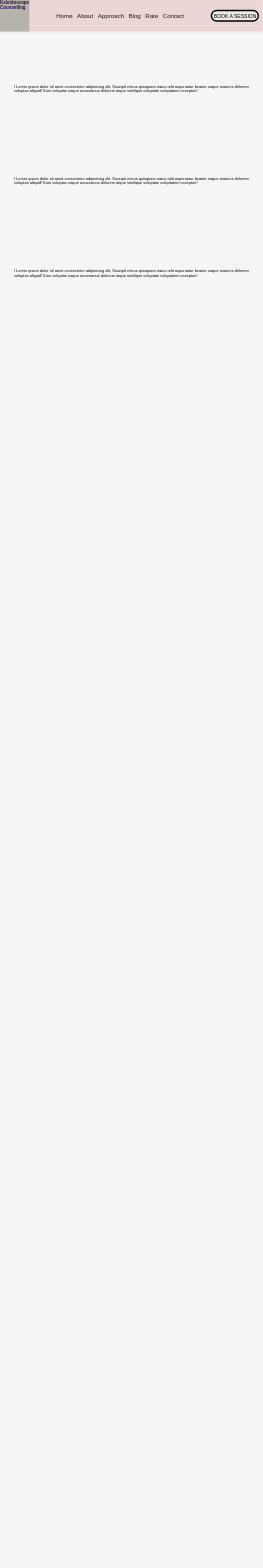
Repository: voutadi/ava-website
Page: index.html
An editor plug-in stored every save of this project. The page is shown before and after the next save, followed by the edit.
The browser window is 375 px wide. The pictures show the part of the page from y = 0 to 2240 px (the page is 3120 px tall), at 70% of full size.

Above is the page before, as saved 2024-07-03 18:13:26.

After the next save:
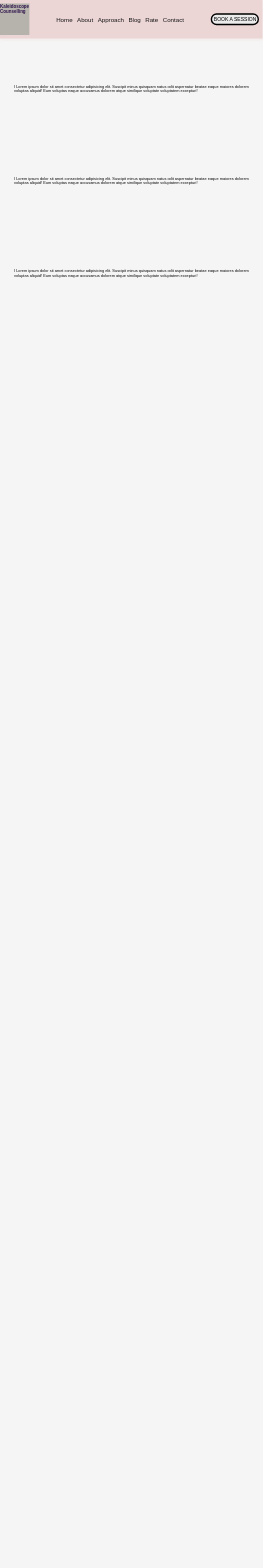
Saved 21 s later.
--- a/styles/style.css
+++ b/styles/style.css
@@ -94,8 +94,7 @@
     font-size: 0.35rem;
   }
    /* Smaller font size */
-  header{
-    max-height: 45px;
+
   }
   .logo-container{
    max-height: 45px;
